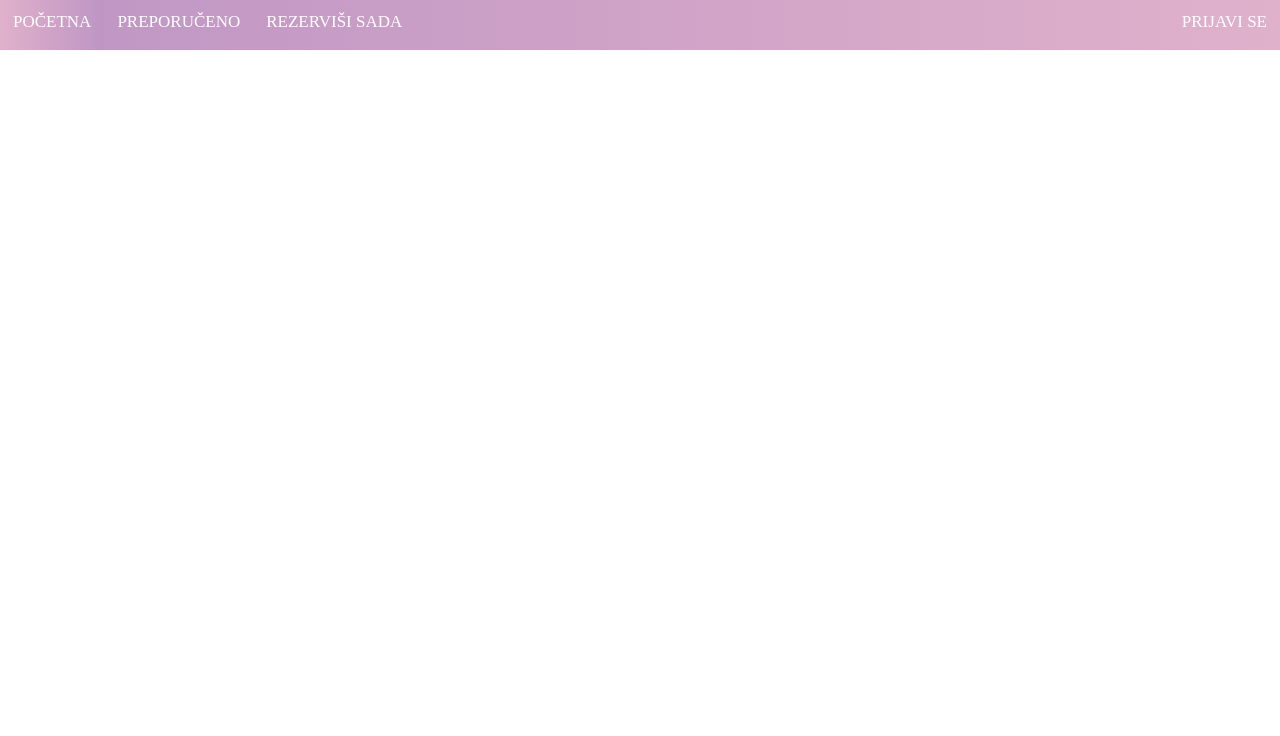
Repository: FTN-E2-materials/WEB
Page: BookingApp/static/index.html
The author's editor kept a copy of each file at every save. The page is drawn from the files as they stood at one save, then again after the next save.
The browser window is 1280 px wide. The pictures show the whole page.
The page's requests for data from a server got no answer.

Above is the page before, as saved 2020-08-15 22:37:19.

After the next save:
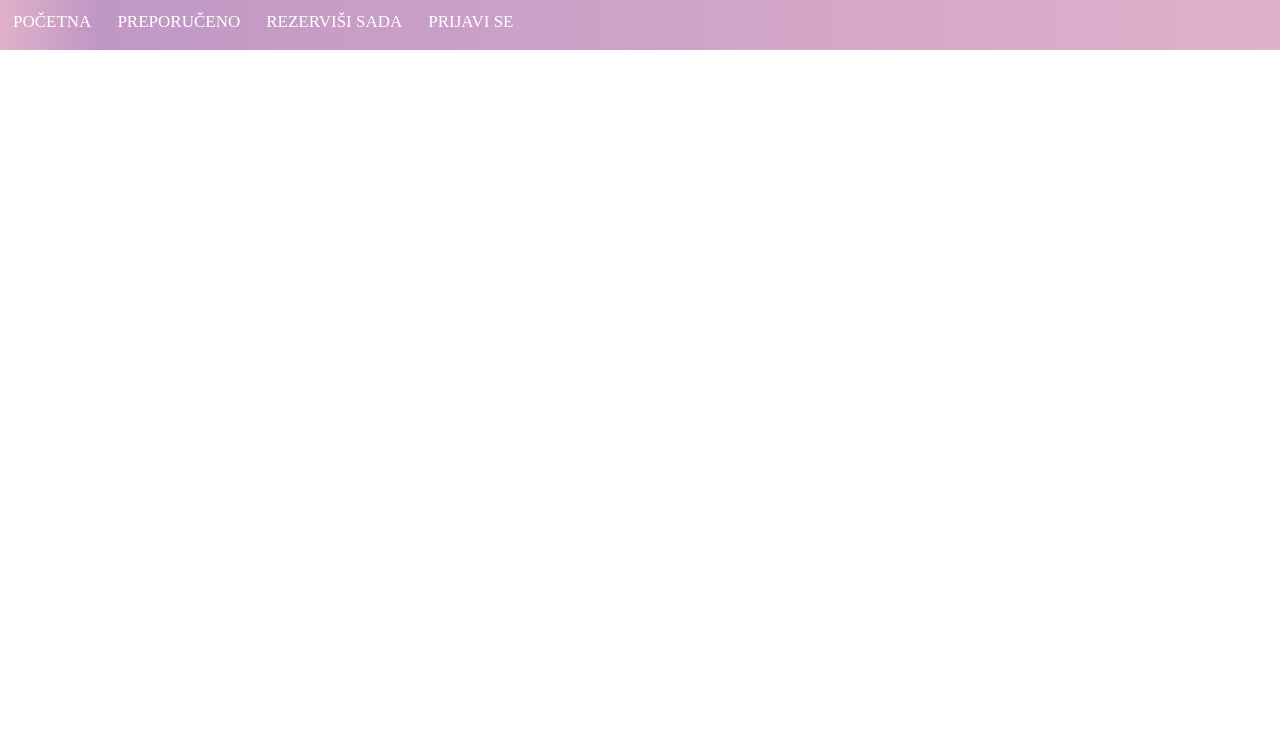
Saved 55 s later.
--- a/BookingApp/static/index.html
+++ b/BookingApp/static/index.html
@@ -16,7 +16,7 @@
 		        <li class = "menu"><a href="bookpage.html">Rezerviši sada</a></li>
 		        <li class = "menu" v-bind:hidden="mod!='guest'"><a href="reservations.html" v-bind:hidden="mod!='guest'">Moje rezervacije</a></li>
 		        <li class = "menu" v-bind:hidden="mod!='host'" ><a href="myapartments.html" v-bind:hidden = "mod != 'host'">Moji apartmani</a></li>
-		        <li class = "menu" style="float:right" v-bind:hidden="mod=='notLogged'" v-on:click = "logOut"><a href="#/login" v-bind:hidden="mod=='notLogged'">Prijavi se</a></li>
+		        <li class = "menu" v-bind:hidden="mod=='notLogged'" v-on:click = "logOut"><a href="#/login" v-bind:hidden="mod=='notLogged'">Prijavi se</a></li>
 		        <li class = "menu" v-bind:hidden="mod!='notLogged'"><a href="#/login" v-bind:hidden="mod!='notLogged'" >Odjavi se</a></li>
 		        <li class = "menu" style="float:right" v-bind:hidden="mod!='notLogged'" ><a href="#/login" v-bind:hidden ="mod!='notLogged'">Profil</a></li>
 	            </ul>

After the save that followed:
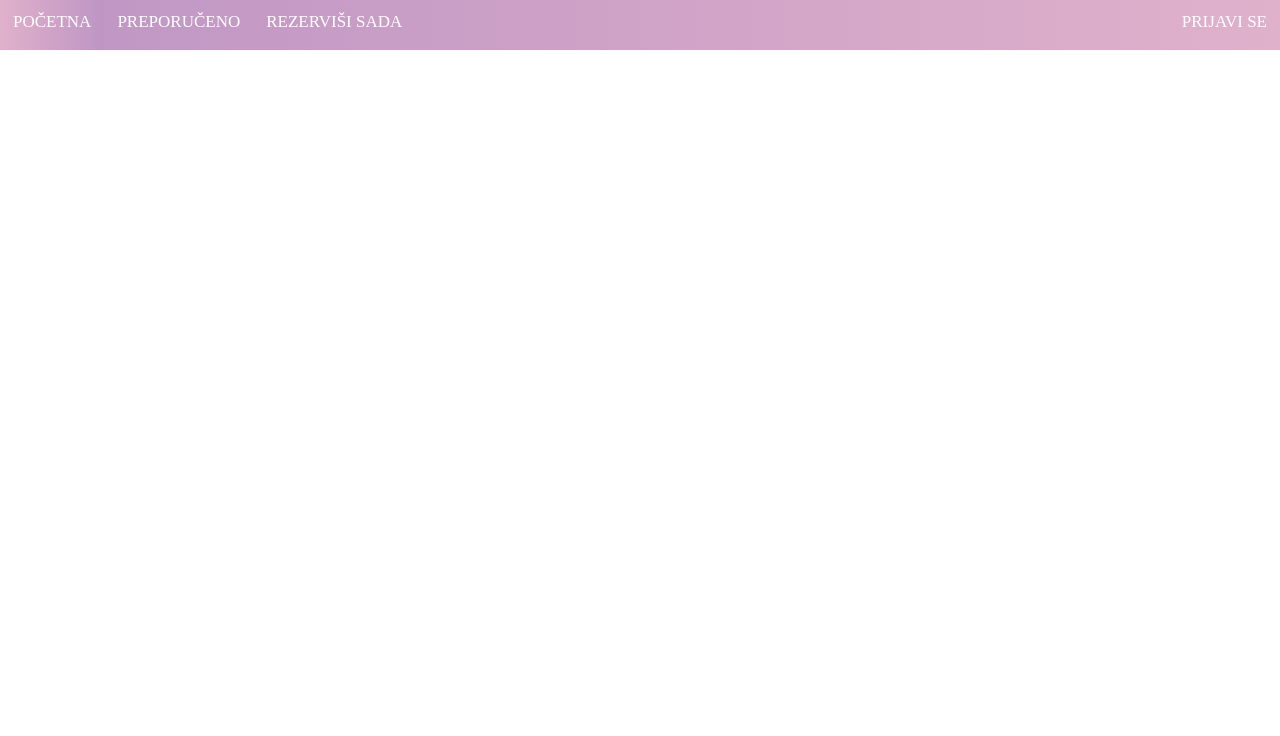
Saved 2 min 2 s later.
--- a/BookingApp/static/index.html
+++ b/BookingApp/static/index.html
@@ -16,8 +16,8 @@
 		        <li class = "menu"><a href="bookpage.html">Rezerviši sada</a></li>
 		        <li class = "menu" v-bind:hidden="mod!='guest'"><a href="reservations.html" v-bind:hidden="mod!='guest'">Moje rezervacije</a></li>
 		        <li class = "menu" v-bind:hidden="mod!='host'" ><a href="myapartments.html" v-bind:hidden = "mod != 'host'">Moji apartmani</a></li>
-		        <li class = "menu" v-bind:hidden="mod=='notLogged'" v-on:click = "logOut"><a href="#/login" v-bind:hidden="mod=='notLogged'">Prijavi se</a></li>
-		        <li class = "menu" v-bind:hidden="mod!='notLogged'"><a href="#/login" v-bind:hidden="mod!='notLogged'" >Odjavi se</a></li>
+		        <li class = "menu" style="float:right" v-bind:hidden="mod=='notLogged'" v-on:click = "logOut"><a href="#/login" v-bind:hidden="mod=='notLogged'">Prijavi se</a></li>
+		        <li class = "menu" style="float:right" v-bind:hidden="mod!='notLogged'"><a href="#/login" v-bind:hidden="mod!='notLogged'" >Odjavi se</a></li>
 		        <li class = "menu" style="float:right" v-bind:hidden="mod!='notLogged'" ><a href="#/login" v-bind:hidden ="mod!='notLogged'">Profil</a></li>
 	            </ul>
             </div>
